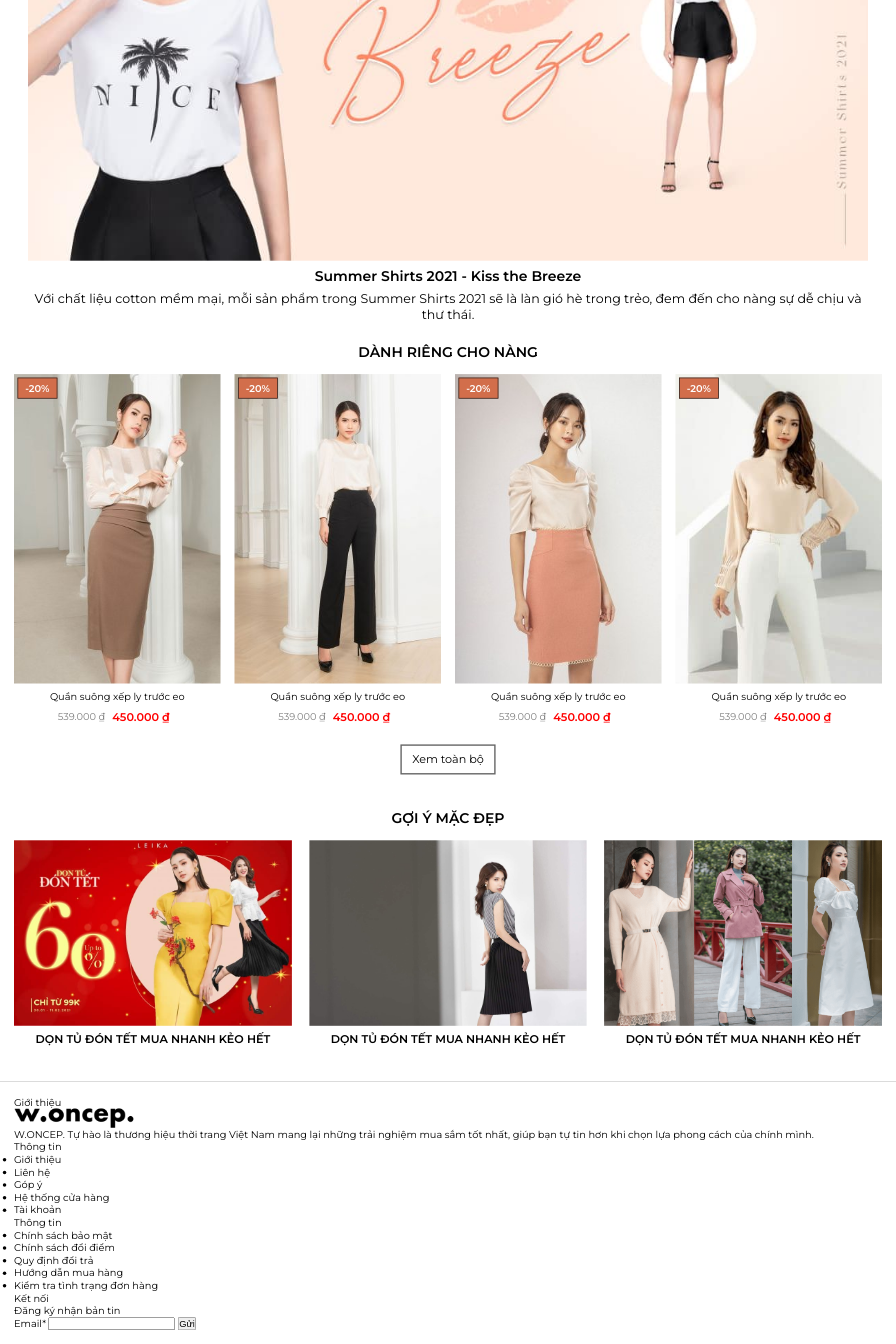
Repository: Nguyenductuan-dev/bt_j2team
Page: index.html
The author's editor kept a copy of each file at every save. The page is drawn from the files as they stood at one save, then again after the next save.
The browser window is 1280 px wide. The pictures show the part of the page from y = 2209 to 4129 px (the page is 4129 px tall before and 3930 px after), at 70% of full size.

Above is the page before, as saved 2021-12-12 17:45:13.

### index.html
<!DOCTYPE html>
<html lang="en">
<head>
    <meta charset="UTF-8">
    <meta http-equiv="X-UA-Compatible" content="IE=edge">
    <meta name="viewport" content="width=device-width, initial-scale=1.0">
    <link rel="stylesheet" href="css/style.css">
    <link rel="stylesheet" href="./fonts/fontawesome-free-5.15.3-web/css/all.min.css">

    <link rel="preconnect" href="https://fonts.googleapis.com">
    <link rel="preconnect" href="https://fonts.gstatic.com" crossorigin>
    <link href="https://fonts.googleapis.com/css2?family=Montserrat:ital,wght@0,200;0,300;0,400;0,500;0,600;0,700;1,600&display=swap" rel="stylesheet">
    <title>Document</title>
</head>
<body>

    <div class="wrapper">

        <!-- HEADER -->
        <div class="header">

            <div class="header__logo">
                <a class="header__logo_link" href="">
                    <img class="header__logo_img" src="./images/logo.png" alt="">
                </a>
            </div>

            <nav class="header__navbar">
                <ul class="header__navbar_list">
                    <li class="header__navbar_item">
                        <a href="" class="header__navbar_link">Trang chủ</a>
                    </li>
                    <li class="header__navbar_item">
                        <a href="" class="header__navbar_link">Sản phẩm</a>
                    </li>
                    <li class="header__navbar_item">
                        <a href="" class="header__navbar_link">Khuyến mại</a>
                    </li>
                    <li class="header__navbar_item">
                        <a href="" class="header__navbar_link">Tin tức</a>
                    </li>
                    <li class="header__navbar_item">
                        <a href="" class="header__navbar_link">hệ thống cửa hàng</a>
                    </li>
                </ul>
            </nav>

            <div class="header__right">
                <div class="header__search">
                    <i class="fas fa-search header__search-icon"></i>
                </div>

                <div class="header__user">
                    <i class="fas fa-user header__user-icon"></i>
                </div>

                <div class="header__cart">
                    <div class="header__cart_price">
                        0 ₫
                    </div>
                    <div class="header__cart">
                        <i class="fas fa-shopping-cart header__cart_icon"></i>
                    </div>
                </div>
            </div>

        </div>

        <!-- CONTAINER -->
        <div class="container">

            <div class="banner">
                <div class="banner__link">
                    <img src="./images/banner.jpg" alt="" class="banner__img">
                </div>
            </div>
            <!-- Product -->
            <div class="home__product">
                <div class="home__product-heading">
                    <h3 class="home__product-heading-title">
                        TOP SẢN PHẨM MỚI
                    </h3>
                    <p class="home__product-heading-description">
                        Cô nàng hiện đại không thể bỏ lỡ
                    </p>
                </div>
                <div class="home__product-list">
                    <div class="home__product-item">
                        <a href="" class="home__product-item__link">
                            <img src="./images/product1.jpg" alt="" class="home__product-item__img">
                        </a>

                        <a href="">
                            <h3 class="home__product-item__title">
                                Quần suông xếp ly trước eo
                            </h3>
                        </a>
                        <div class="home__product-item__price">
                            <span class="home-product-item__price-old">539.000 ₫</span>
                            <span class="home-product-item__price-current">450.000 ₫</span>
                        </div>

                        <div class="home-product-item__sale-off">
                            <span>-20%</span>
                        </div>

                    </div>
                    <div class="home__product-item">
                        <a href="" class="home__product-item__link">
                            <img src="./images/product2.jpg" alt="" class="home__product-item__img">
                        </a>

                        <a href="">
                            <h3 class="home__product-item__title">
                                Quần suông xếp ly trước eo
                            </h3>
                        </a>
                        <div class="home__product-item__price">
                            <span class="home-product-item__price-old">539.000 ₫</span>
                            <span class="home-product-item__price-current">450.000 ₫</span>
                        </div>

                        <div class="home-product-item__sale-off">
                            <span>-20%</span>
                        </div>

                    </div>
                    <div class="home__product-item">
                        <a href="" class="home__product-item__link">
                            <img src="./images/product3.jpg" alt="" class="home__product-item__img">
                        </a>

                        <a href="">
                            <h3 class="home__product-item__title">
                                Quần suông xếp ly trước eo
                            </h3>
                        </a>
                        <div class="home__product-item__price">
                            <span class="home-product-item__price-old">539.000 ₫</span>
                            <span class="home-product-item__price-current">450.000 ₫</span>
                        </div>

                        <div class="home-product-item__sale-off">
                            <span>-20%</span>
                        </div>

                    </div>
                    <div class="home__product-item">
                        <a href="" class="home__product-item__link">
                            <img src="./images/product4.jpg" alt="" class="home__product-item__img">
                        </a>

                        <a href="">
                            <h3 class="home__product-item__title">
                                Quần suông xếp ly trước eo
                            </h3>
                        </a>
                        <div class="home__product-item__price">
                            <span class="home-product-item__price-old">539.000 ₫</span>
                            <span class="home-product-item__price-current">450.000 ₫</span>
                        </div>

                        <div class="home-product-item__sale-off">
                            <span>-20%</span>
                        </div>
                    </div>
                </div>

                <div class="home__product-total">
                    <a href="" class="home__product-total-link">Xem toàn bộ</a>
                </div>
            </div>

            <!-- Catalogue -->
            <div class="home__catalogue">
                <h3 class="home__catalogue-heading">
                    NHÓM SẢN PHẨM ĐƯỢC QUAN TÂM NHẤT
                </h3>

                <div class="home__catalogue-list">
                    <div class="home__catalogue-item">
                        <a class="home__catalogue-link" href="">
                            <img class="home__catalogue-img" src="./images/catalogue1.jpg" alt="">
                            <h3 class="home__catalogue-title">Áo</h3>
                            <p class="home__catalogue-quantily">4 sản phẩm</p>
                        </a>
                    </div>
                    <div class="home__catalogue-item">
                        <a class="home__catalogue-link" href="">
                            <img class="home__catalogue-img" src="./images/catalogue2.jpg" alt="">
                            <h3 class="home__catalogue-title">Đầm</h3>
                            <p class="home__catalogue-quantily">4 sản phẩm</p>
                        </a>
                    </div>
                    <div class="home__catalogue-item">
                        <a class="home__catalogue-link" href="">
                            <img class="home__catalogue-img" src="./images/catalogue3.jpg" alt="">
                            <h3 class="home__catalogue-title">Chân váy</h3>
                            <p class="home__catalogue-quantily">4 sản phẩm</p>
                        </a>
                    </div>
                    <div class="home__catalogue-item">
                        <a class="home__catalogue-link" href="">
                            <img class="home__catalogue-img" src="./images/catalogue4.jpg" alt="">
                            <h3 class="home__catalogue-title">Quần</h3>
                            <p class="home__catalogue-quantily">4 sản phẩm</p>
                        </a>
                    </div>
                </div>
            </div>

            <!-- Collection -->
            <div class="home__collection">
                <h3 class="home__collection-heading">
                    Bộ sưu tập
                </h3>
                <a href="" class="home__collection-link">
                    <img src="./images/banner2.jpg" alt="" class="home__collection-img">
                    <h3 class="home__collection-title">
                        Summer Shirts 2021 - Kiss the Breeze
                    </h3>
                    <p class="home__collection-description">
                        Với chất liệu cotton mềm mại, mỗi sản phẩm trong Summer Shirts 2021 sẽ là làn gió hè trong trẻo,
                        đem đến cho nàng sự dễ chịu và thư thái.
                    </p>
                </a>
            </div>

            <!-- Product -->
            <div class="home__product">
                <div class="home__product-heading">
                    <h3 class="home__product-heading-title">
                        DÀNH RIÊNG CHO NÀNG
                    </h3>
                </div>
                <div class="home__product-list">
                    <div class="home__product-item">
                        <a href="" class="home__product-item__link">
                            <img src="./images/product1.jpg" alt="" class="home__product-item__img">
                        </a>

                        <a href="">
                            <h3 class="home__product-item__title">
                                Quần suông xếp ly trước eo
                            </h3>
                        </a>
                        <div class="home__product-item__price">
                            <span class="home-product-item__price-old">539.000 ₫</span>
                            <span class="home-product-item__price-current">450.000 ₫</span>
                        </div>

                        <div class="home-product-item__sale-off">
                            <span>-20%</span>
                        </div>

                    </div>
                    <div class="home__product-item">
                        <a href="" class="home__product-item__link">
                            <img src="./images/product2.jpg" alt="" class="home__product-item__img">
                        </a>

                        <a href="">
                            <h3 class="home__product-item__title">
                                Quần suông xếp ly trước eo
                            </h3>
                        </a>
                        <div class="home__product-item__price">
                            <span class="home-product-item__price-old">539.000 ₫</span>
                            <span class="home-product-item__price-current">450.000 ₫</span>
                        </div>

                        <div class="home-product-item__sale-off">
                            <span>-20%</span>
                        </div>

                    </div>
                    <div class="home__product-item">
                        <a href="" class="home__product-item__link">
                            <img src="./images/product3.jpg" alt="" class="home__product-item__img">
                        </a>

                        <a href="">
                            <h3 class="home__product-item__title">
                                Quần suông xếp ly trước eo
                            </h3>
                        </a>
                        <div class="home__product-item__price">
                            <span class="home-product-item__price-old">539.000 ₫</span>
                            <span class="home-product-item__price-current">450.000 ₫</span>
                        </div>

                        <div class="home-product-item__sale-off">
                            <span>-20%</span>
                        </div>

                    </div>
                    <div class="home__product-item">
                        <a href="" class="home__product-item__link">
                            <img src="./images/product4.jpg" alt="" class="home__product-item__img">
                        </a>

                        <a href="">
                            <h3 class="home__product-item__title">
                                Quần suông xếp ly trước eo
                            </h3>
                        </a>
                        <div class="home__product-item__price">
                            <span class="home-product-item__price-old">539.000 ₫</span>
                            <span class="home-product-item__price-current">450.000 ₫</span>
                        </div>

                        <div class="home-product-item__sale-off">
                            <span>-20%</span>
                        </div>
                    </div>
                </div>

                <div class="home__product-total">
                    <a href="" class="home__product-total-link">Xem toàn bộ</a>
                </div>
            </div>

            <!-- BLOG -->
            <div class="home__blog">

                <h3 class="home__blog-heading">
                    Gợi ý mặc đẹp
                </h3>

                <div class="home__blog-list">
                    <a href="" class="home__blog-item">
                        <img src="./images/blog1.jpg" alt="" class="home__blog-img">
                        <h3 class="home__blog-title">
                            DỌN TỦ ĐÓN TẾT MUA NHANH KẺO HẾT
                        </h3>
                    </a>
                    <a href="" class="home__blog-item">
                        <img src="./images/blog2.jpg" alt="" class="home__blog-img">
                        <h3 class="home__blog-title">
                            DỌN TỦ ĐÓN TẾT MUA NHANH KẺO HẾT
                        </h3>
                    </a>
                    <a href="" class="home__blog-item">
                        <img src="./images/blog2.png" alt="" class="home__blog-img">
                        <h3 class="home__blog-title">
                            DỌN TỦ ĐÓN TẾT MUA NHANH KẺO HẾT
                        </h3>
                    </a>
                </div>
            </div>
        </div>


        <!-- FOOTER -->
        <div class="footer">
            <div class="footer__introduce">
                <span class="footer__introduce-heading">
                    Giới thiệu
                </span>
                <div class="footer__introduce-content">
                    <img src="./images/logo.png" alt="" class="footer__introduce-logo">
                    <p class="footer__introduce-text">
                        W.ONCEP. Tự hào là thương hiệu thời trang Việt Nam mang lại những trải nghiệm mua sắm tốt nhất,
                        giúp bạn tự tin hơn khi chọn lựa phong cách của chính mình.
                    </p>
                </div>
            </div>

            <div class="footer__navbar">
                <span class="footer__navbar-heading">
                    Thông tin
                </span>
                <ul class="footer__navbar-list">
                    <a href="" class="footer__navbar-link">
                        <li class="footer__navbar-item">Giới thiệu</li>
                    </a>
                    <a href="" class="footer__navbar-link">
                        <li class="footer__navbar-item">Liên hệ</li>
                    </a>
                    <a href="" class="footer__navbar-link">
                        <li class="footer__navbar-item">Góp ý</li>
                    </a>
                    <a href="" class="footer__navbar-link">
                        <li class="footer__navbar-item">Hệ thống cửa hàng</li>
                    </a>
                    <a href="" class="footer__navbar-link">
                        <li class="footer__navbar-item">Tài khoản</li>
                    </a>
                </ul>
            </div>

            <div class="footer__navbar">
                <span class="footer__navbar-heading">
                    Thông tin
                </span>
                <ul class="footer__navbar-list">
                    <a href="" class="footer__navbar-link">
                        <li class="footer__navbar-item">Chính sách bảo mật</li>
                    </a>
                    <a href="" class="footer__navbar-link">
                        <li class="footer__navbar-item">Chính sách đổi điểm</li>
                    </a>
                    <a href="" class="footer__navbar-link">
                        <li class="footer__navbar-item">Quy định đổi trả</li>
                    </a>
                    <a href="" class="footer__navbar-link">
                        <li class="footer__navbar-item">Hướng dẫn mua hàng</li>
                    </a>
                    <a href="" class="footer__navbar-link">
                        <li class="footer__navbar-item">Kiểm tra tình trạng đơn hàng</li>
                    </a>
                </ul>
            </div>

            <div class="footer__connect">
                <span class="footer__connect-heading">
                    Kết nối
                </span>
                <div class="footer__connect-contact">
                    <p>Đăng ký nhận bản tin</p>
                    <div class="footer__connect-contact-email">
                        <label for="">Email*</label>
                        <input type="email">
                        <input type="submit" value="Gửi">
                    </div>
                </div>
            </div>

        </div>

    </div>


    <script src="javascript/main.js"></script>
</body>
</html>

### css/style.css
* {
    margin: 0;
    padding: 0;
    box-sizing: border-box;
    outline: 0;
}

img {
    display: block;
    max-width: 100%;
    margin: 0;
}

a {
    text-decoration: none;
    color: inherit;
}

h1, h2, h3, h4, h5, h6 {
    font-size: 14px;
    font-weight: 400;
}

p, ul {
    margin: 0;
    padding: 0;
}

body {
    font-family: "Montserrat", sans-serif;
    font-weight: 400;
    font-size: 14px;
}


.header {
    display: flex;
    justify-content: space-between;
    align-items: center;
    padding: 20px;
    flex-wrap: wrap;
    border-bottom: 1px solid #ccc;
}
.header__navbar {
    flex: 1;
}

.header__navbar_list {
    display: flex;
    list-style: none;
    font-size: 14px;
    text-transform: uppercase;
    font-weight: 600;
}
.header__navbar_item {
    padding: 0 20px;
}

.header__right {
    display: flex;
    justify-content: space-between;
    flex-wrap: wrap;
    width: 150px;
    align-items: center;
}

.header__search-icon,
.header__user-icon,
.header__cart_icon{
    font-size: 20px;
    font-weight: 300;
}
.header__cart {
    display: flex;
    justify-content: space-between;

}
.header__user {
    padding: 3px 15px;
    border-left: 1px solid #ccc;
    border-right: 1px solid #ccc;

}
.header__cart_price {
    padding: 0 5px;
    font-size: 14px;
}

/* CONTAINER */
.home__product {
    margin-top: 30px;
}
.home__product-heading {
    text-align: center;
}
.home__product-heading-title {
    font-size: 20px;
    font-weight: 600;
    text-transform: uppercase;
    margin-bottom: 10px;
}

.home__product-heading-description {
    font-size: 16px;
}

.home__product-list {
    margin-top:  20px;
    display: grid;
    grid-template-columns: 1fr 1fr 1fr 1fr;
    grid-gap: 20px;
    padding: 0 20px;
}
.home__product-item {
    position: relative;
}
.home__product-item__img {
    width: 100%;
    margin-bottom: 10px;
}
.home__product-item__title {
    font-size: 14px;
    text-align: center;
    margin-bottom: 10px;
}

.home__product-item__price {
    display: flex;
    justify-content: center;
}
.home-product-item__price-old {
    font-size: 14px;
    color: gray;
}
.home-product-item__price-current {
    font-size: 16px;
    color: red;
    font-weight: 600;
    padding: 0 10px;
}
.home-product-item__sale-off {
    position:absolute;
    top:5px;
    left: 5px;
    padding: 5px 10px;
    background-color: #d26e4b;
    color: #fff;
    font-weight: 600;
    border: 1px solid #222;
}
.home__product-total {
    margin-top: 30px;
    text-align: center;
}
.home__product-total-link {
    display: inline-block;
    font-size: 16px;
    padding: 10px 15px;
    border: 2px solid #666;
}

/* CATALOGUE */

.home__catalogue {
    margin-top: 50px;
}

.home__catalogue-heading {
    text-align: center;
    font-size: 20px;
    font-weight: 600;
}
.home__catalogue-list {
    margin-top:  20px;
    display: grid;
    grid-template-columns: 1fr 1fr 1fr 1fr;
    grid-gap: 20px;
    padding: 0 20px;
}
.home__catalogue-link {
    display: block;
}
.home__catalogue-img {
    width: 100%;
    margin-bottom: 10px;
}
.home__catalogue-title {
    font-size: 20px;
    font-weight: 600;
    text-align: center;
    margin-bottom: 10px;

}
.home__catalogue-quantily {
    text-align: center;
    font-size: 14px;
}

/* COLECTTION */
.home__collection {
    max-width: 1200px;
    margin: 30px auto;
}
.home__collection-heading {
    font-size: 20px;
    font-weight: 600;
    text-align: center;
}
.home__collection-link {
    display: block;
    margin-top: 30px;
}
.home__collection-img {
    width: 100%;
    margin-bottom: 10px;
}
.home__collection-title {
    font-weight: 600;
    font-size: 20px;
    text-align: center;
    margin-bottom: 10px;
}
.home__collection-description {
    font-size: 18px;
    text-align: center;
}
.home__blog {
    margin-top: 50px;
}
.home__blog-heading {
    font-size: 20px;
    font-weight: 600;
    text-align: center;
    text-transform: uppercase;
    margin-bottom: 20px;
}
.home__blog-list {
    display: flex;
    justify-content: space-between;
    padding: 0 20px;
}
.home__blog-item {
    width: 32%;
    display: block;
}
.home__blog-img {
    width: 100%;
    margin-bottom: 10px;
}
.home__blog-title {
    font-size: 16px;
    font-weight: 600;
    text-align: center;
}
/* FOORTER */
.footer {
    margin-top: 50px;
    padding: 20px;
    border-top: 1px solid #ccc;
}

Loaded but not shown: fonts/fontawesome-free-5.15.3-web/css/all.min.css (library); javascript/main.js (no stored copy; drawn as an empty file)

After the next save:
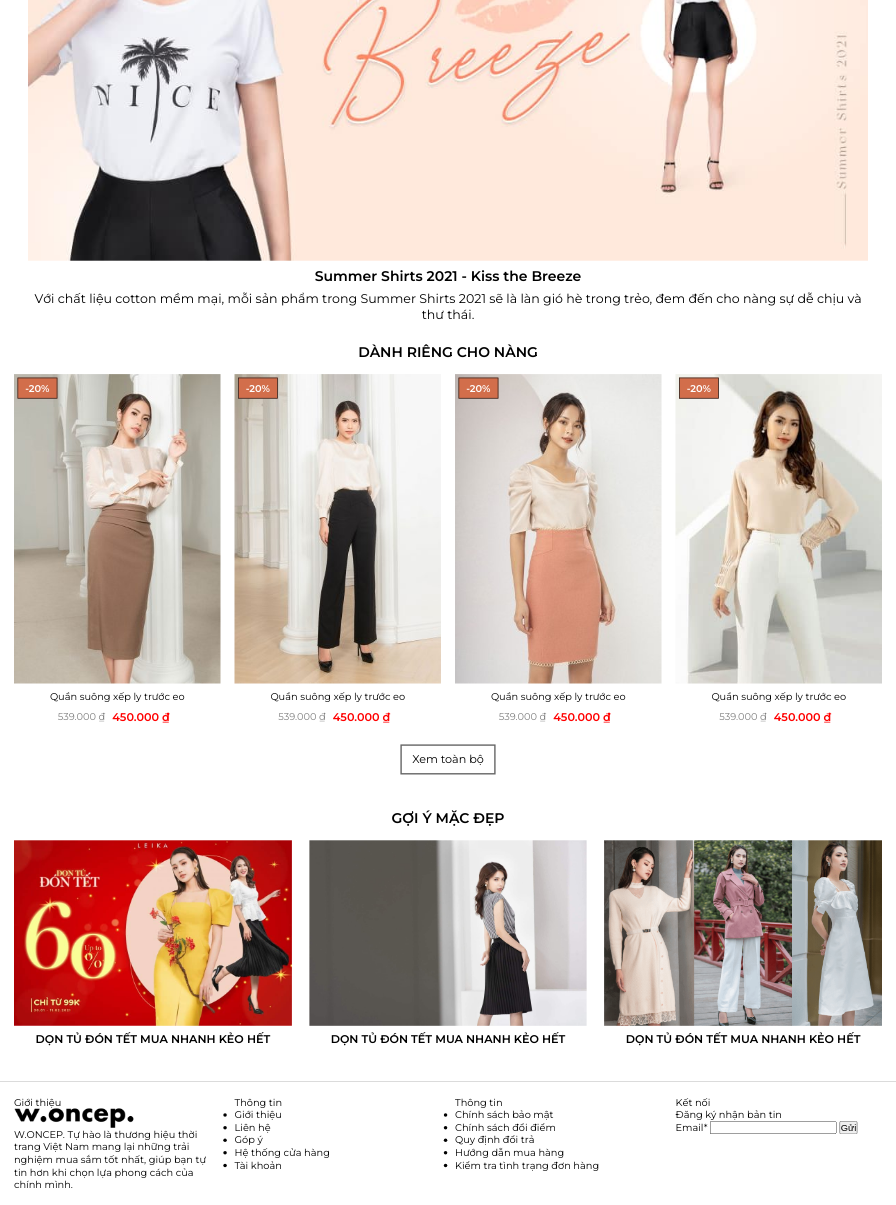
Saved 37 s later.
--- a/css/style.css
+++ b/css/style.css
@@ -254,6 +254,11 @@
 }
 /* FOORTER */
 .footer {
+    margin-top:  20px;
+    display: grid;
+    grid-template-columns: 1fr 1fr 1fr 1fr;
+    grid-gap: 20px;
+    padding: 0 20px;
     margin-top: 50px;
     padding: 20px;
     border-top: 1px solid #ccc;
